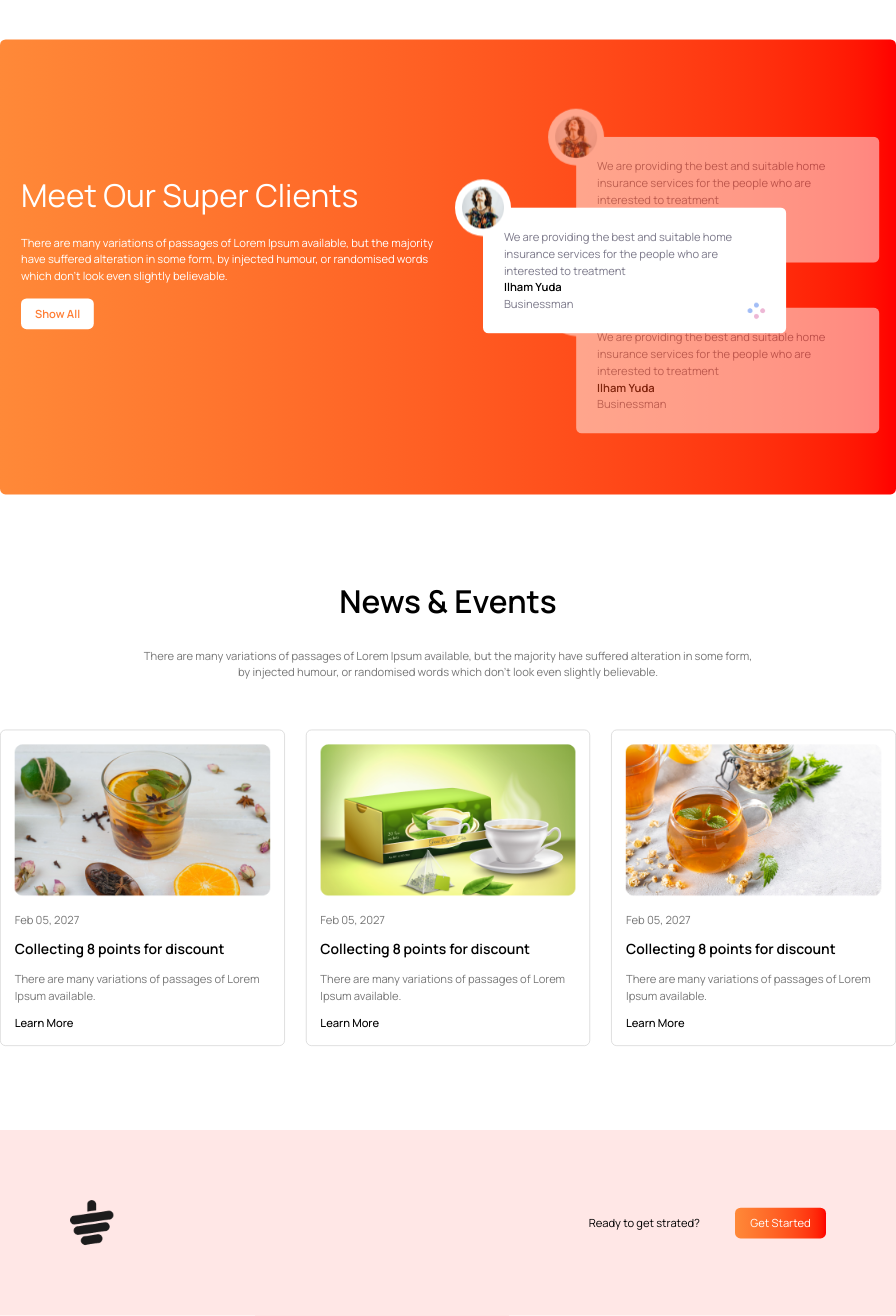
Repository: nahid-hasann/website-9
Page: index.html
The author's editor kept a copy of each file at every save. The page is drawn from the files as they stood at one save, then again after the next save.
The browser window is 1280 px wide. The pictures show the part of the page from y = 1995 to 3915 px (the page is 3875 px tall before and 3915 px after), at 70% of full size.
Some web libraries are served in a nearby version.

Above is the page before, as saved 2025-08-17 21:15:16.

After the next save:
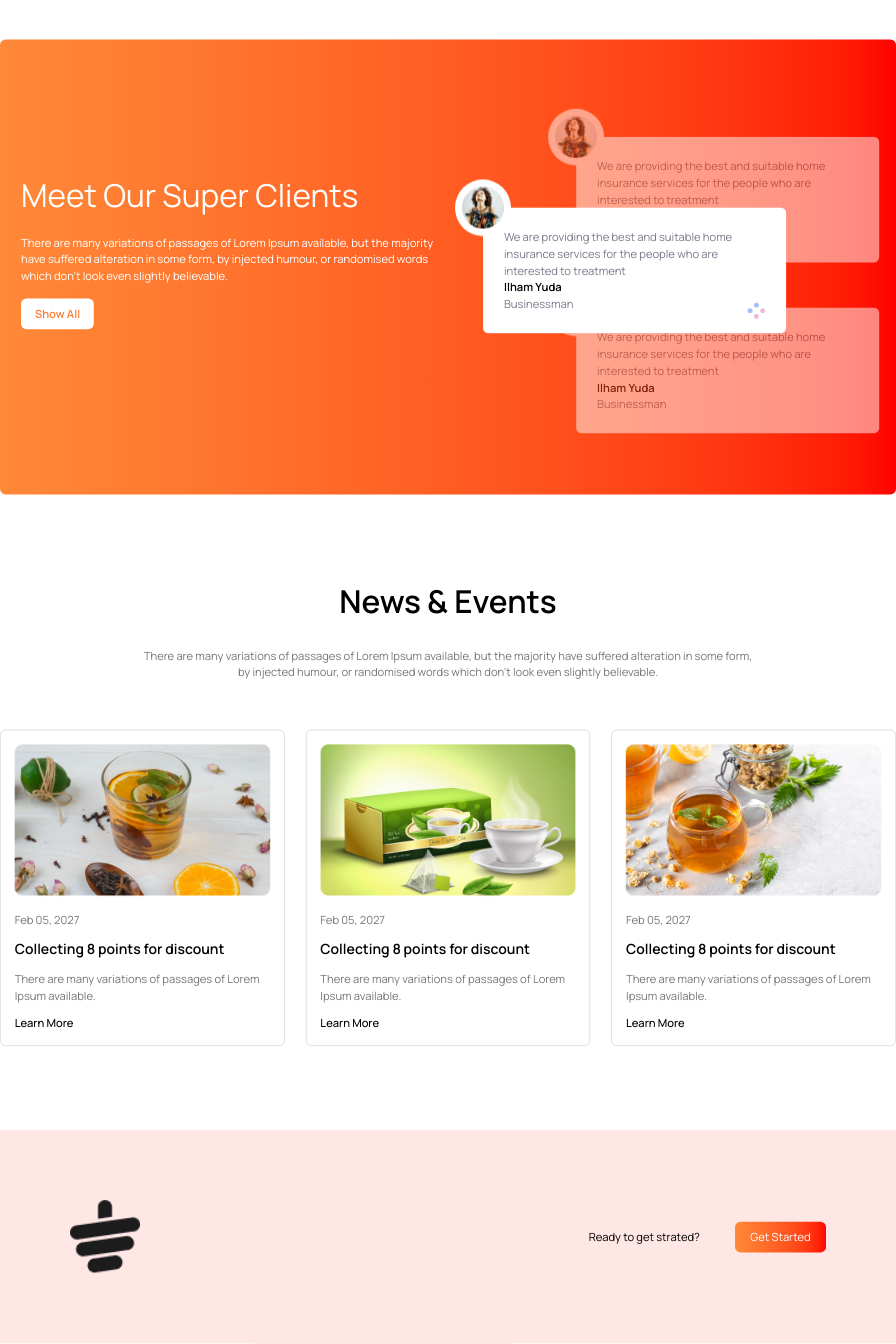
Saved 4 s later.
--- a/index.html
+++ b/index.html
@@ -148,7 +148,7 @@
 
 <footer class="bg-[#ffe7e6] p-[100px]">
     <div class="footer-1 flex flex-col md:flex-row justify-between">
-       <img src="images/cup.png" class="w-[]" alt="">
+       <img src="images/cup.png" class="w-[100px]" alt="">
         <div class="footer-right-text flex items-center justify-center gap-[50px]">
             <p>Ready to get strated?</p>
             <button class="btn-3 bg-gradient-to-r from-[#FF8938] to-[#FF0000] py-[10px] px-[22px] rounded-lg text-white">Get Started</button>

After the save that followed:
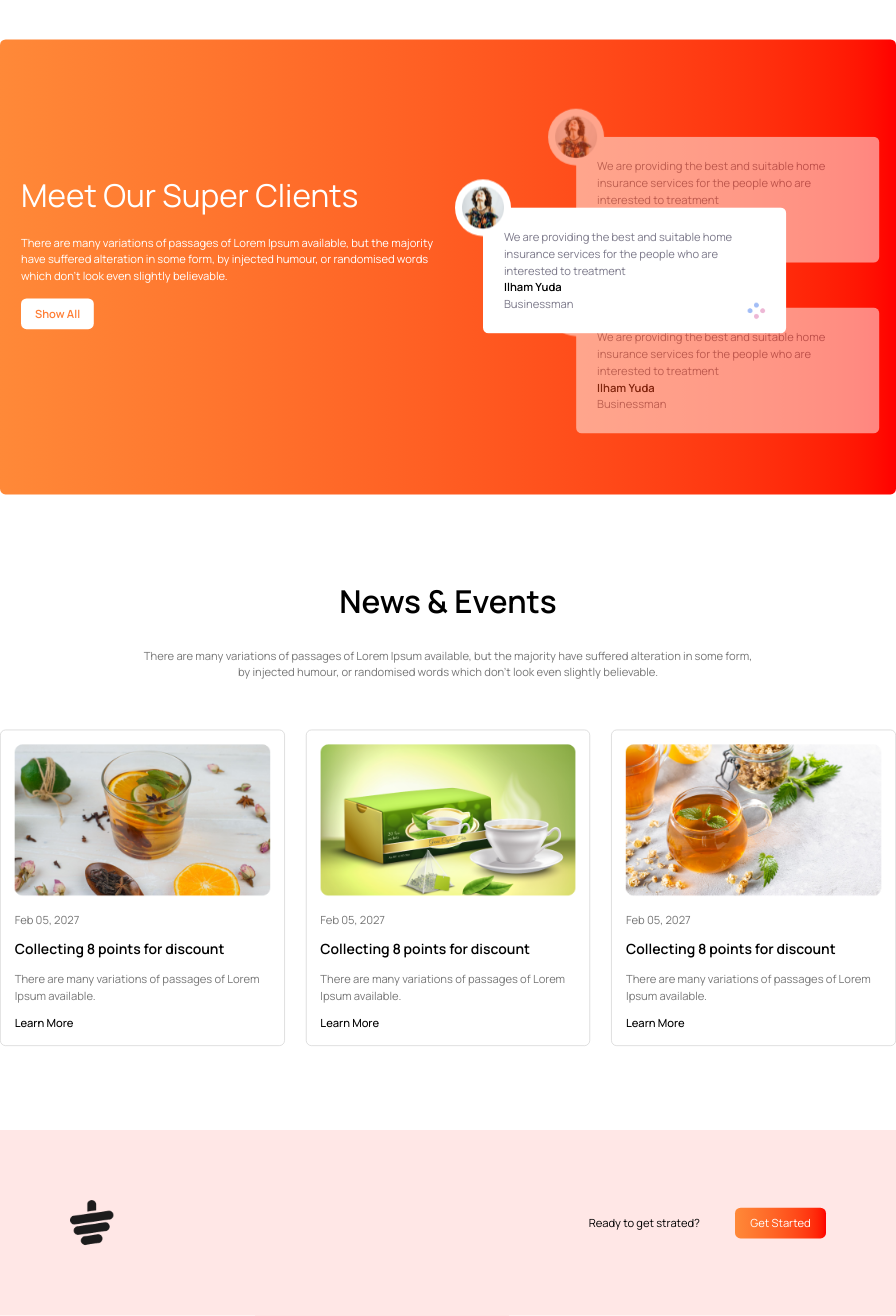
Saved 20 s later.
--- a/index.html
+++ b/index.html
@@ -148,7 +148,7 @@
 
 <footer class="bg-[#ffe7e6] p-[100px]">
     <div class="footer-1 flex flex-col md:flex-row justify-between">
-       <img src="images/cup.png" class="w-[100px]" alt="">
+       <img src="images/cup.png" class="w-[]" alt="">
         <div class="footer-right-text flex items-center justify-center gap-[50px]">
             <p>Ready to get strated?</p>
             <button class="btn-3 bg-gradient-to-r from-[#FF8938] to-[#FF0000] py-[10px] px-[22px] rounded-lg text-white">Get Started</button>
